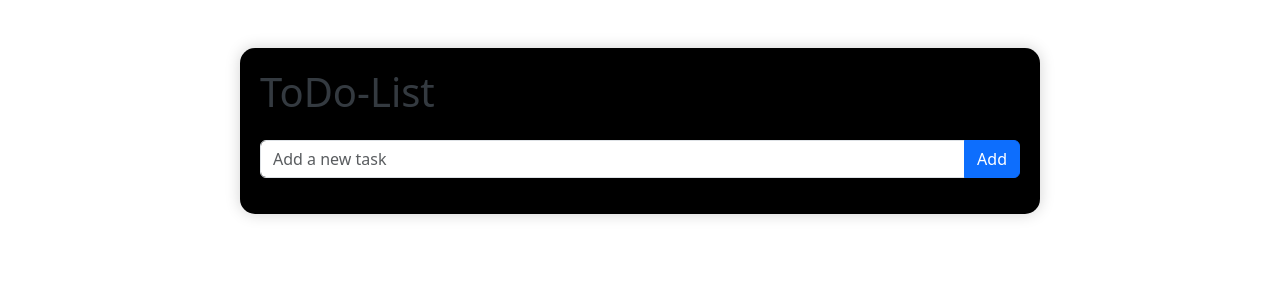
Repository: AkshatKapo/Todolist-React-app
Page: /
These files come from the project's save history. The page is drawn as it stood at one moment and after the next save; the edit follows.
The browser window is 1280 px wide. The pictures show the whole page.
The project was rebuilt for these pictures with package versions that can differ from the ones it lists, and the page was loaded fresh each time. Also part of the build but not shown: vite.config.js, src/App.css, src/index.css.

Above is the page before, as saved 2024-06-20 15:33:07.

### index.html
<!doctype html>
<html lang="en">
  <head>
    <meta charset="UTF-8" />
    <link rel="icon" type="image/svg+xml" href="/vite.svg" />
    <meta name="viewport" content="width=device-width, initial-scale=1.0" />
    <title>Vite + React</title>
    <link href= "https://cdn.jsdelivr.net/npm/bootstrap@5.3.0-alpha1/dist/css/bootstrap.min.css" rel="stylesheet">
  </head>
  <body>
    <div id="root"></div>
    <script type="module" src="/src/main.jsx"></script>
  </body>
</html>

### src/App.jsx
import { useState } from 'react'
import './App.css'
import TodoList from './TodoList'

function App() {


  return (
    <div>
      <TodoList />
    </div>
  )
}

export default App

### src/TodoList.jsx
import React, { useState } from "react";
import './TodoList.css'; // Import your custom CSS file

const TodoList = () => {
  const [todos, setTodos] = useState([]);
  const [input, setInput] = useState('');

  const handleInputChange = (e) => {
    setInput(e.target.value);
  }

  const handleAddTodo = () => {
    if (input.trim()) {
      setTodos([...todos, input]);
      setInput('');
    }
  }

  const handleRemoveTodo = (index) => {
    const updatedTodos = todos.filter((_, i) => i !== index);
    setTodos(updatedTodos);
  }

  return (
    <div className="container mt-5">
      <h1 className=" mb-4">ToDo-List</h1>

      <div className="input-group mb-3">
        <input
          type="text"
          className="form-control"
          value={input}
          onChange={handleInputChange}
          placeholder="Add a new task"
        />
        <button className="btn btn-primary" onClick={handleAddTodo}>Add</button>
      </div>

      <ul className="list-group">
        {todos.map((todo, index) => (
          <li key={index} className="list-group-item">
            {todo}
            <div className="btn-group">
              <button className="btn btn-danger delete-btn" onClick={() => handleRemoveTodo(index)}>✕</button>
              <button className="btn btn-primary edit-btn">✎</button>
            </div>
          </li>
        ))}
      </ul>
    </div>
  );
};

export default TodoList;

### src/TodoList.css
.container {
    max-width: 800px;
    margin: 0 auto;
    padding: 20px;
    background-color: black;
    border-radius: 15px;
    box-shadow: 0 0 15px lightgrey;
  }

  h1 {
    text-align: left;
    color: #343a40;
    margin-bottom: 20px;
  }

  .input-group {
    margin-bottom: 20px;
  }

  .btn-primary {
    margin-left: 10px;
  }

  .list-group-item {
    display: flex;
    justify-content: space-between;
    align-items: center;
    margin-bottom: 10px;
    padding: 10px;
    background-color: #fff;
    border: 1px solid #ced4da;
    border-radius: 4px;
    box-shadow: 0 2px 5px rgba(0, 0, 0, 0.1);
  }

  .delete-btn {
    background-color: #dc3545;
    color: #fff;
    border: none;
    padding: 5px 10px;
    border-radius: 4px;
    cursor: pointer;
    transition: background-color 0.15s ease-in-out;
  }

  .delete-btn:hover {
    background-color: #c82333;
  }

  .edit-btn {
    background-color: #007bff;
    color: #fff;
    border: none;
    padding: 5px 10px;
    border-radius: 4px;
    cursor: pointer;
    transition: background-color 0.15s ease-in-out;
  }

  .edit-btn:hover {
    background-color: #0056b3;
  }

Loaded but not shown: src/main.jsx (common file)

After the next save:
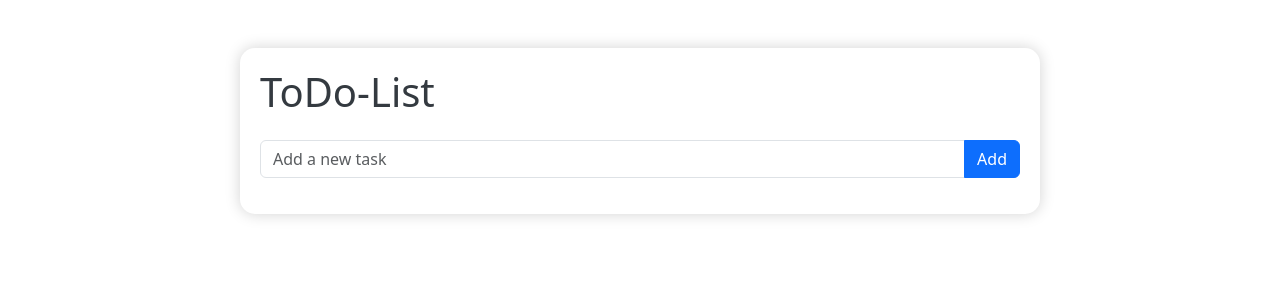
Saved 6 s later.
--- a/src/TodoList.css
+++ b/src/TodoList.css
@@ -2,7 +2,7 @@
     max-width: 800px;
     margin: 0 auto;
     padding: 20px;
-    background-color: black;
+    background-color: ;
     border-radius: 15px;
     box-shadow: 0 0 15px lightgrey;
   }
